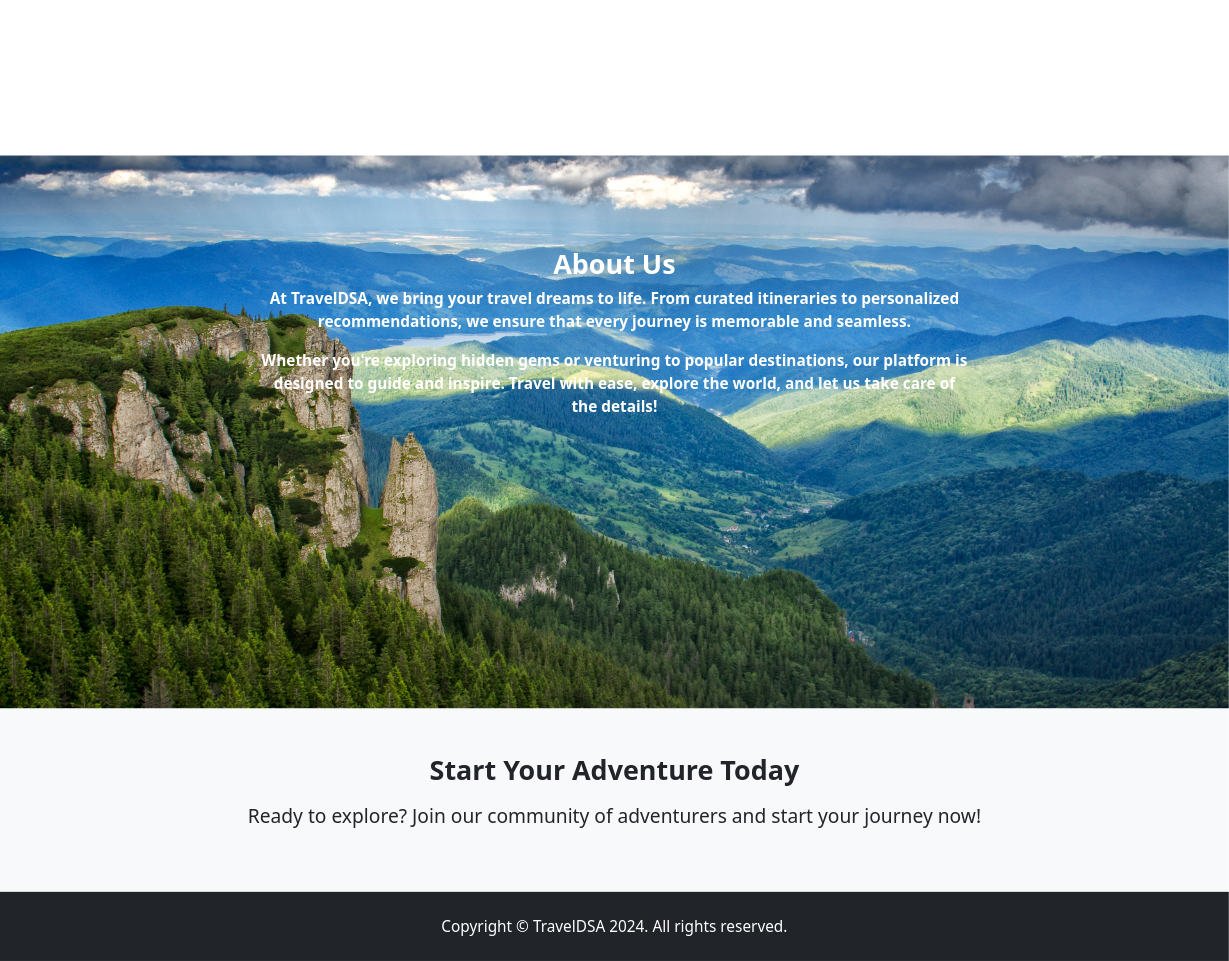
Repository: bettowww/TravelDSA
Page: /home
An editor plug-in stored every save of this project. The page is shown before and after the next save, followed by the edit.
The browser window is 1280 px wide. The pictures show the whole page, at 96% of full size.
The project was rebuilt for these pictures with package versions that can differ from the ones it lists, and the page was loaded fresh each time. The framework's server and built-in components were replaced by stand-ins that run in the browser. Also part of the build but not shown: next.config.mjs.

Above is the page before, as saved 2024-12-10 13:56:41.

After the next save:
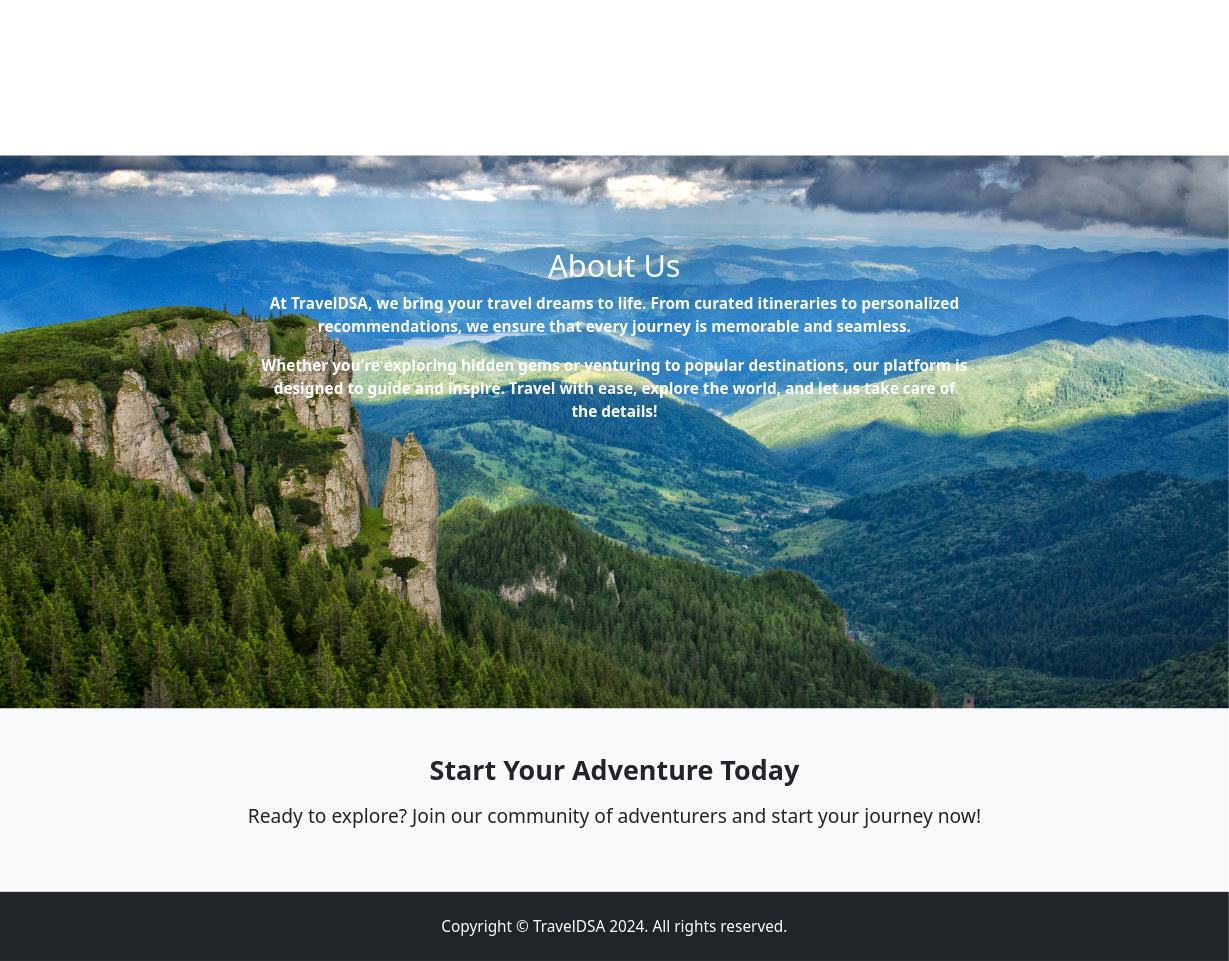
Saved 6 s later.
--- a/app/home/page.jsx
+++ b/app/home/page.jsx
@@ -38,7 +38,7 @@ const HomePage = () => {
         <div className="container my-5">
           <div className="row justify-content-center">
             <div className="col-lg-8 text-center">
-              <h2 className="text-white fs-3 fw-bolder">About Us</h2>
+              <h2 className="">About Us</h2>
               <p className="fw-bold">
                 At TravelDSA, we bring your travel dreams to life. From curated
                 itineraries to personalized recommendations, we ensure that
